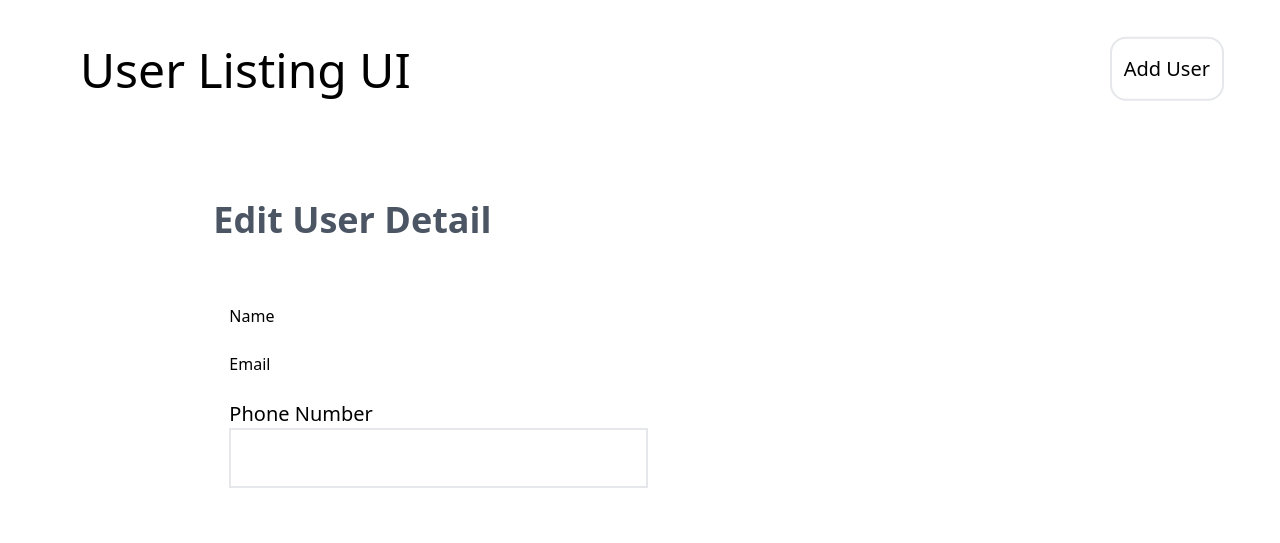
Repository: Marlstergo/listings
Page: /order (app in client/)
These files come from the project's save history. The page is drawn as it stood at one moment and after the next save; the edit follows.
The browser window is 1280 px wide. The pictures show the whole page.
The project was rebuilt for these pictures with package versions that can differ from the ones it lists, and the page was loaded fresh each time. Also part of the build but not shown: client/craco.config.js, client/src/components/Loader.js, client/src/components/UserRow.jsx, client/src/components/Home.js, client/src/components/Modal.js. Imported but missing from the stored project, and not drawn on this page: client/src/components/Base, client/src/components/Toppings.

Above is the page before, as saved 2021-07-21 15:18:07.

### client/src/index.js
/* eslint-disable no-unused-vars */
import React from "react";
import ReactDOM from "react-dom";
import "./index.css";
import App from "./App";
import reportWebVitals from "./reportWebVitals";
import { BrowserRouter as Router } from 'react-router-dom';
import { Provider } from "react-redux";
import { store } from "./redux/store";
import { PersistGate } from "redux-persist/integration/react";
import { persistor } from "./redux/store";

ReactDOM.render(
  <React.StrictMode>
    <Provider store={store}>
      <Router>
        <PersistGate persistor={persistor}>
          <App />
        </PersistGate>
      </Router>
    </Provider>
  </React.StrictMode>,
  document.getElementById("root")
);

// If you want to start measuring performance in your app, pass a function
// to log results (for example: reportWebVitals(console.log))
// or send to an analytics endpoint. Learn more: https://bit.ly/CRA-vitals
reportWebVitals();

### client/src/App.js
import React, { useState } from 'react';
import {BrowserRouter, Route, Switch, useLocation } from "react-router-dom";
import Header from './components/Header';
import Home from './components/Home';
import Base from './components/Base';
import Toppings from './components/Toppings';
import Order from './components/EditUser';
import Modal from './components/Modal';
import { AnimatePresence } from 'framer-motion';

function App() {
  const location = useLocation();
  const showModal = true;

  return (
    <>
      <Header />
      {/* <Modal showModal={showModal} /> */}
      <AnimatePresence exitBeforeEnter>
      <BrowserRouter>
        <Switch >
          <Route
          exact
          name="home"
          path="/">
            <Home />
          </Route>
          {/* <Route exact path="/createUpdateUser">
            <Toppings />
          </Route> */}
          <Route path="/order"
          exact
          name="order">
            <Order />
          </Route>

        </Switch>
        </BrowserRouter>
      </AnimatePresence>

    </>
  );
}

export default App;

### client/src/redux/store.js
import { createStore, applyMiddleware } from "redux";
import { logger } from 'redux-logger';
import {persistStore} from 'redux-persist';
// import thunk from 'redux-thunk'
import createSagaMiddleware from 'redux-saga'

import rootSaga from './root-sagas'

import rootReducer from './root-reducer';

const sagaMiddleware = createSagaMiddleware()

const middleware = [sagaMiddleware];

if( process.env.NODE_ENV === 'development'){
    middleware.push(logger)
}

export const store = createStore(rootReducer, applyMiddleware(...middleware))

sagaMiddleware.run(rootSaga)

export const persistor = persistStore(store)

export default (store, persistor);

### client/src/components/Header.js
import React from "react";
import { motion } from "framer-motion";

const svgVariants = {
  hidden: { rotate: -180 },
  visible: {
    rotate: 0,
    transition: { duration: 1 },
  },
};

const pathVariants = {
  hidden: {
    opacity: 0,
    pathLength: 0,
  },
  visible: {
    opacity: 1,
    pathLength: 1,
    transition: {
      duration: 2,
      ease: "easeInOut",
    },
  },
};

const buttonVariants = {
  show: {
    y: [0, -20],
    x: 0,
    textShadow: "0px 0px 8px rgb(255,255,255)",
    boxShadow: "0px 0px 8px rgb(255,255,255)",
    transition: {
      duration: 0.3,
      yoyo: Infinity,
      ease: 'easeOut'
    },
  },
};

const Header = () => {
  return (
    <header className="flex p-14 w-screen justify-between  items-center">
      {/* <motion.div
        className="logo"
        drag
        dragConstraints={{ left: 0, top: 0, right: 0, bottom: 0 }}
        dragElastic={0.7}
      >

      </motion.div> */}
      <motion.div
        className=" flex justify-between w-full ml-6 text-xs"
        initial={{ y: -250 }}
        animate={{ y: -10 }}
        transition={{ delay: 0.2, type: "spring", stiffness: 120 }}
      >
        <h1 className=" pb-4 text-5xl">User Listing UI</h1>
        <motion.button variants={buttonVariants} whileHover="hover"
        animate="show"
        className="text-xl border-2 px-3 rounded-2xl"
        >
          Add User
        </motion.button>
      </motion.div>
    </header>
  );
};

export default Header;

### client/src/components/EditUser.js
import React, { useEffect } from 'react';
import { motion } from 'framer-motion';

const containerVariants = {
  hidden: {
    opacity: 0,
    x: '100vw',
    transition: {
      staggerChildren: 0.5,
    }
  },
  visible: {
    opacity: 1,
    x: 0,
    transition: {
      type: 'spring',
      mass: 0.4,
      damping: 8,
      staggerChildren: 0.4,
      when: "beforeChildren",
    }
  },
};

const childVariants = {
  hidden: {
    opacity: 0,
  },
  visible: {
    opacity: 1,
  }
}

const Order = () => {


  return (
    <motion.div className="container order flex justify-center"
      variants={containerVariants}
      initial="hidden"
      animate="visible"
      exit="exit"
    >
      <div className="w-2/3 ">
        <h1 className="text-gray-600 font-semibold py-6 mb-10 text-4xl">Edit User Detail</h1>

      <motion.form variants={childVariants} className="pl-4">
        <div className="flex flex-col">
          <label htmlFor="">Name</label>
          <input type="text" name="name" id="name" />
        </div>
        <div className="flex flex-col">
          <label htmlFor="">Email</label>
          <input type="text" name="email" id="email" />
        </div>
        <div className="flex flex-col">
          <label htmlFor="phone" className="text-xl" >Phone Number</label>
          <input type="text" name="phone" className="px-3 py-4 w-1/2 border-2" id="phone" />
        </div>
      </motion.form>
      <motion.div variants={childVariants}>

      </motion.div>
      </div>
    </motion.div>
  )
}

export default Order;

### client/src/redux/root-sagas.js
import {all, call} from 'redux-saga/effects'
import {userSagas} from './user/user.sagas'


export default function* rootSaga(){
    yield all([
        call(userSagas),
    ])
}

### client/src/redux/root-reducer.js
import {combineReducers} from 'redux'
import userReducer from './user/user.reducer'
// import cartReducer from './cart/cart.reducer'
import {persistReducer} from 'redux-persist'
import storage from 'redux-persist/lib/storage'
// import directoryReducer from './directory/directory.reducer'
// import shopReducer from './shop/shop.reducer'

const persistConfig ={
    key: 'root',
    storage,
    whitelist: ['' ]
}
const rootReducer = combineReducers({
    user: userReducer,

})
export default persistReducer(persistConfig, rootReducer)

### client/src/redux/user/user.sagas.js
import { all, call, put, takeLatest } from "redux-saga/effects";

import UserActionTypes from "./user.types";
import { loadUserDetail } from "./user.action";
// import axios from "axios";
// import { getUserDetailsURL } from "../../components/stringConstants";

export function* getDetails() {
  yield console.log("i fired");

  // try {
  //   console.log("inside try");

  //   const res = yield axios.get(getUserDetailsURL);
  //   const data = yield res.data;
  //   console.log(res);
  //   yield put(loadUserDetail(data ? data.data[0] : {}));
  // } catch (err) {
  //   console.log(err.response);
  //   if (err.response && err.response.statusText === "Not Found") {
  //     // console.log("");
  //     window.location.href = "/profile/settings?newUser=0837";
  //   }
  // }
}

export function* getUserDetails() {
  yield takeLatest(UserActionTypes.GET_USER_DETAIL, getDetails);
}
// export function* loadUserDetails(){
//     yield takeLatest(UserActionTypes.LOAD_USER_DETAIL, loadDetails)
// }

export function* userSagas() {
  yield all([call(getUserDetails)]);
}

### client/src/redux/user/user.reducer.js
import UserActionTypes from "./user.types";
const INITIAL_STATE = {
  // currentUser: null,
  userDetail: {},
  demo: 'i am demo',
  location: null

};
const userReducer = (state = INITIAL_STATE, action) => {
  switch (action.type) {

    case UserActionTypes.LOAD_USER_DETAIL:
      return {
        ...state,
        userDetail: action.payload,
      };

    case UserActionTypes.COLLECT_GEOLOCATION:
      return {
        ...state,
        location: action.payload
      }
    default:
      return state;
  }
};

export default userReducer;

### client/src/redux/user/user.types.js
const UserActionTypes ={
    GOOGLE_SIGN_IN_START : 'GOOGLE_SIGN_IN_START',
    SIGN_IN_SUCCESS : 'SIGN_IN_SUCCESS',
    SIGN_IN_FAILURE : 'SIGN_IN_FAILURE',
    GET_USER_DETAIL: 'GET_USER_DETAIL',
    LOAD_USER_DETAIL: 'LOAD_USER_DETAIL',
    COLLECT_GEOLOCATION: 'COLLECT_GEOLOCATION',
    FETCH_GEOLOCATION: 'FETCH_GEOLOCATION'
}
export default UserActionTypes;

### client/src/redux/user/user.action.js
import UserActionTypes from './user.types'



// export const googleSignInStart = () => ({
//     type: UserActionTypes.GOOGLE_SIGN_IN_START
// })

// export const signInSuccess = (user) => ({
//     type: UserActionTypes.SIGN_IN_SUCCESS,
//     payload: user
// })

export const getUserDetail = () => ({
    type: UserActionTypes.GET_USER_DETAIL,

})
export const loadUserDetail = (details) => ({
    type: UserActionTypes.LOAD_USER_DETAIL,
    payload: details
})

export const fetchGeoloction = () => ({
    type: UserActionTypes.FETCH_GEOLOCATION
})
export const collectGeolocation = (location) => ({
    type: UserActionTypes.COLLECT_GEOLOCATION,
    payload: location
})
// })

### client/tailwind.config.js
  // tailwind.config.js
  module.exports = {
    // mode:'jit',
    purge: ['./src/**/*.{js,jsx,ts,tsx}', './public/index.html'],
     darkMode: false, // or 'media' or 'class'
     theme: {
       extend: {},
     },
     variants: {
       extend: {},
     },
     plugins: [],
   }

Loaded but not shown: client/public/index.html (common file); client/src/index.css (common file); client/src/reportWebVitals.js (common file)

After the next save:
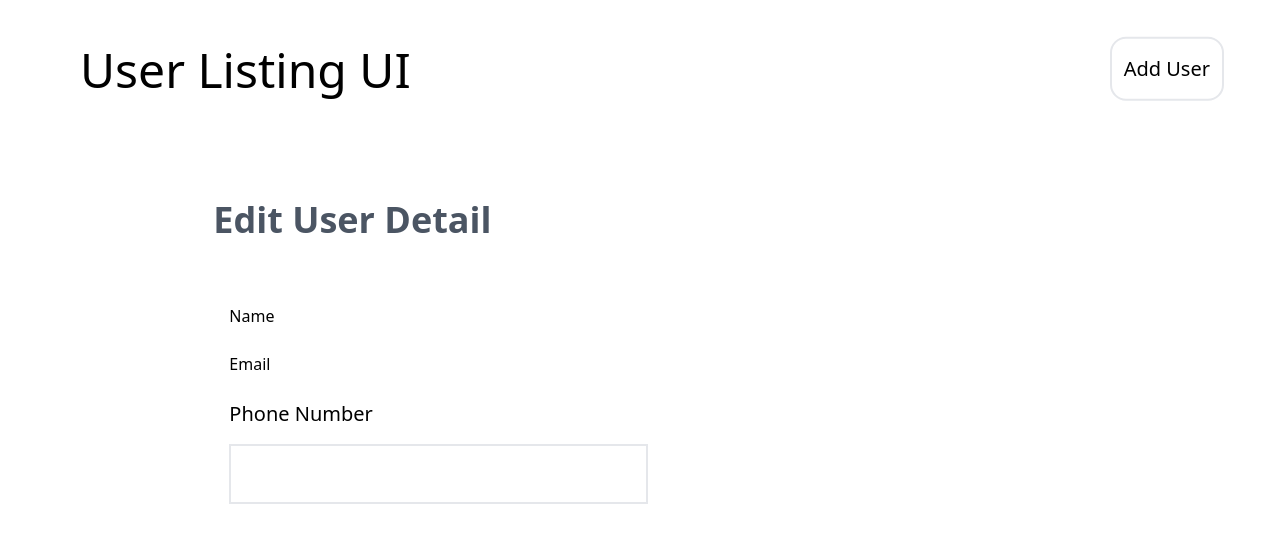
Saved 20 s later.
--- a/client/src/components/EditUser.js
+++ b/client/src/components/EditUser.js
@@ -54,7 +54,7 @@ const Order = () => {
           <input type="text" name="email" id="email" />
         </div>
         <div className="flex flex-col">
-          <label htmlFor="phone" className="text-xl" >Phone Number</label>
+          <label htmlFor="phone" className="text-xl mb-4" >Phone Number</label>
           <input type="text" name="phone" className="px-3 py-4 w-1/2 border-2" id="phone" />
         </div>
       </motion.form>
